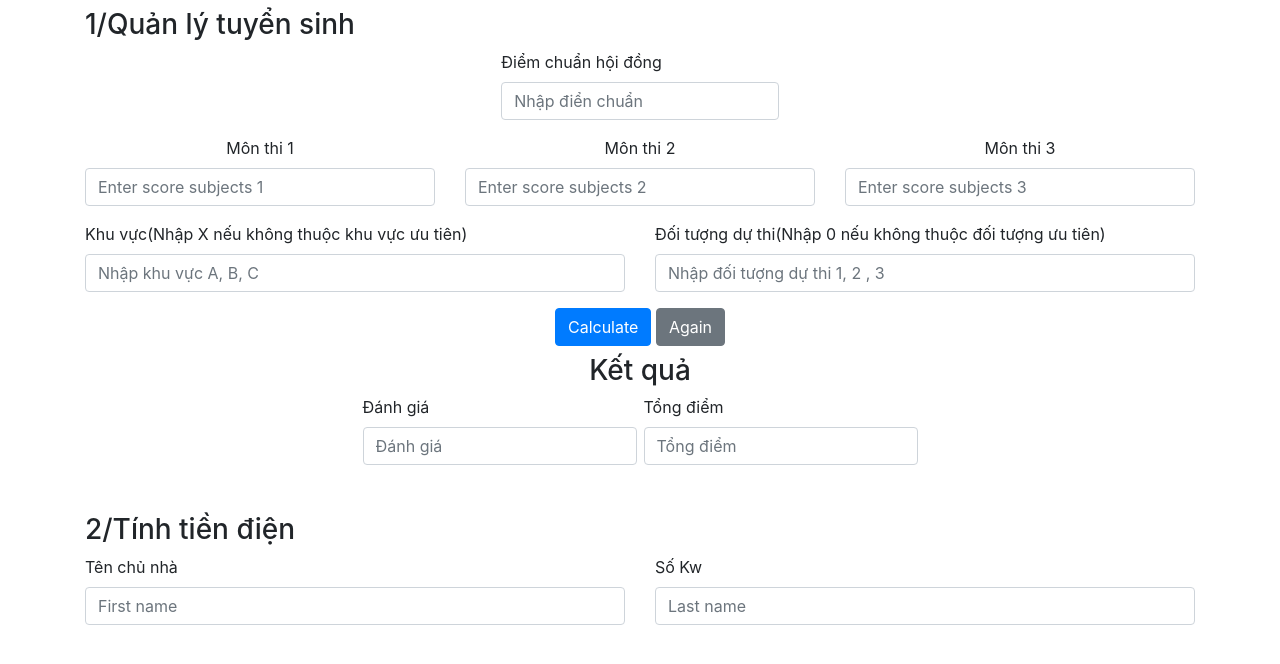
Repository: baobaodeveloper/bootcamp21__jsbasic4_HuynhAnhBao
Page: index.html
An editor plug-in stored every save of this project. The page is shown before and after the next save, followed by the edit.
The browser window is 1280 px wide. The pictures show the whole page.

Above is the page before, as saved 2022-03-13 19:16:50.

### index.html
<!DOCTYPE html>
<html lang="en">
  <head>
    <title>Exercise3</title>
    <!-- Required meta tags -->
    <meta charset="utf-8" />
    <meta
      name="viewport"
      content="width=device-width, initial-scale=1, shrink-to-fit=no"
    />

    <!-- Bootstrap CSS -->
    <link
      rel="stylesheet"
      href="https://stackpath.bootstrapcdn.com/bootstrap/4.3.1/css/bootstrap.min.css"
      integrity="sha384-ggOyR0iXCbMQv3Xipma34MD+dH/1fQ784/j6cY/iJTQUOhcWr7x9JvoRxT2MZw1T"
      crossorigin="anonymous"
    />
  </head>
  <body>
    <!-- 1/Quản lý tuyển sinh -->
    <div class="container mt-2">
      <h3>1/Quản lý tuyển sinh</h3>

      <div class="mb-3 w-25 m-auto">
        <label>Điểm chuẩn hội đồng</label>
        <input
          type="number"
          class="form-control"
          id="score"
          placeholder="Nhập điển chuẩn"
        />
      </div>

      <div class="row mt-3 text-center">
        <div class="col">
          <label>Môn thi 1</label>
          <input
            type="number"
            class="form-control"
            id="score1"
            placeholder="Enter score subjects 1"
          />
        </div>
        <div class="col">
          <label>Môn thi 2</label>
          <input
            type="number"
            class="form-control"
            id="score2"
            placeholder="Enter score subjects 2"
          />
        </div>
        <div class="col">
          <label>Môn thi 3</label>
          <input
            type="number"
            class="form-control"
            id="score3"
            placeholder="Enter score subjects 3"
          />
        </div>
      </div>

      <div class="row mt-3">
        <div class="col">
          <label>Khu vực(Nhập X nếu không thuộc khu vực ưu tiên)</label>
          <input
            type="text"
            class="form-control"
            placeholder="Nhập khu vực A, B, C"
            id="area"
          />
        </div>
        <div class="col">
          <label
            >Đối tượng dự thi(Nhập 0 nếu không thuộc đối tượng ưu tiên)</label
          >
          <input
            type="number"
            class="form-control"
            placeholder="Nhập đối tượng dự thi 1, 2 , 3"
            id="object"
          />
        </div>
      </div>

      <div class="text-center mt-3">
        <button type="button" class="btn btn-primary" id="scoreBtn">
          Calculate
        </button>
        <button type="button" class="btn btn-secondary" id="score-btn-again">
          Again
        </button>
      </div>

      <h3 class="text-center mt-2">Kết quả</h3>

      <div class="mb-3 w-50 d-flex m-auto justify-content-between">
        <div>
          <label>Đánh giá</label>
          <input
            type="email"
            class="form-control"
            placeholder="Đánh giá"
            id="evaluate"
          />
        </div>

        <div>
          <label>Tổng điểm</label>
          <input
            type="email"
            class="form-control"
            placeholder="Tổng điểm"
            id="total-score"
          />
        </div>
      </div>
    </div>

    <!-- 2/Tính tiền điện -->
    <div class="container mt-lg-5">
      <h3>2/Tính tiền điện</h3>
      <div class="row">
        <div class="col">
          <label class="form-label">Tên chủ nhà</label>
          <input type="text" class="form-control" placeholder="First name" />
        </div>
        <div class="col">
          <label class="form-label">Số Kw</label>
          <input type="text" class="form-control" placeholder="Last name" />
        </div>
      </div>
    </div>
    <!-- Optional JavaScript -->
    <!-- jQuery first, then Popper.js, then Bootstrap JS -->
    <script
      src="https://code.jquery.com/jquery-3.3.1.slim.min.js"
      integrity="sha384-q8i/X+965DzO0rT7abK41JStQIAqVgRVzpbzo5smXKp4YfRvH+8abtTE1Pi6jizo"
      crossorigin="anonymous"
    ></script>
    <script
      src="https://cdnjs.cloudflare.com/ajax/libs/popper.js/1.14.7/umd/popper.min.js"
      integrity="sha384-UO2eT0CpHqdSJQ6hJty5KVphtPhzWj9WO1clHTMGa3JDZwrnQq4sF86dIHNDz0W1"
      crossorigin="anonymous"
    ></script>
    <script
      src="https://stackpath.bootstrapcdn.com/bootstrap/4.3.1/js/bootstrap.min.js"
      integrity="sha384-JjSmVgyd0p3pXB1rRibZUAYoIIy6OrQ6VrjIEaFf/nJGzIxFDsf4x0xIM+B07jRM"
      crossorigin="anonymous"
    ></script>

    <script src="exercise1.js"></script>
  </body>
</html>

### exercise1.js
const score = document.getElementById("score");
const score1 = document.getElementById("score1");
const score2 = document.getElementById("score2");
const score3 = document.getElementById("score3");
const area = document.getElementById("area");
const objectStudent = document.getElementById("object");
const scoreBtn = document.getElementById("scoreBtn");
const scoreBtnAgain = document.getElementById("score-btn-again");
const evaluate = document.getElementById("evaluate");
const totalScore = document.getElementById("total-score");

scoreBtn.addEventListener("click", () => {
  if (!score.value || !score1.value || !score2.value || !score3.value) return;
  const scoreValue = +score.value;
  const score1Value = +score1.value;
  const score2Value = +score2.value;
  const score3Value = +score3.value;
  if (
    scoreValue <= 0 ||
    scoreValue > 30 ||
    score1Value < 0 ||
    score1Value > 10 ||
    score2Value < 0 ||
    score2Value > 10 ||
    score3Value < 0 ||
    score3Value > 10
  )
    return alert("Enter score invalid");
  if (score1Value === 0 || score2Value === 0 || score3Value === 0)
    return (evaluate.value = "Không Đạt");

  const scoreArea = areas();
  const scoreObjectStudent = objectStudents();

  const scoreTotalStudent =
    score1Value + score2Value + score3Value + scoreArea + scoreObjectStudent;

  if (scoreTotalStudent >= scoreValue) {
    evaluate.value = "Đạt";
  } else {
    evaluate.value = "Không Đạt";
  }
  totalScore.value = scoreTotalStudent;
});

const areas = () => {
  if (!area.value) return;
  const areaValue = area.value.toUpperCase();
  if (areaValue === "X") {
    return 0;
  } else if (areaValue === "A") {
    return 2;
  } else if (areaValue === "B") {
    return 1;
  } else if (areaValue === "C") {
    return 0.5;
  } else {
    return 0;
  }
};

const objectStudents = () => {
  if (!objectStudent) return;
  const objecStudenttValue = +object.value;

  if (objecStudenttValue === 0) {
    return 0;
  } else if (objecStudenttValue === 1) {
    return 2.5;
  } else if (objecStudenttValue === 2) {
    return 1.5;
  } else if (objecStudenttValue === 3) {
    return 1;
  } else {
    return 0;
  }
};

scoreBtnAgain.addEventListener("click", () => {
  score.value = "";
  score1.value = "";
  score2.value = "";
  score3.value = "";
  area.value = "";
  objectStudent.value = "";
  totalScore.value = "";
  evaluate.value = "";
});

After the next save:
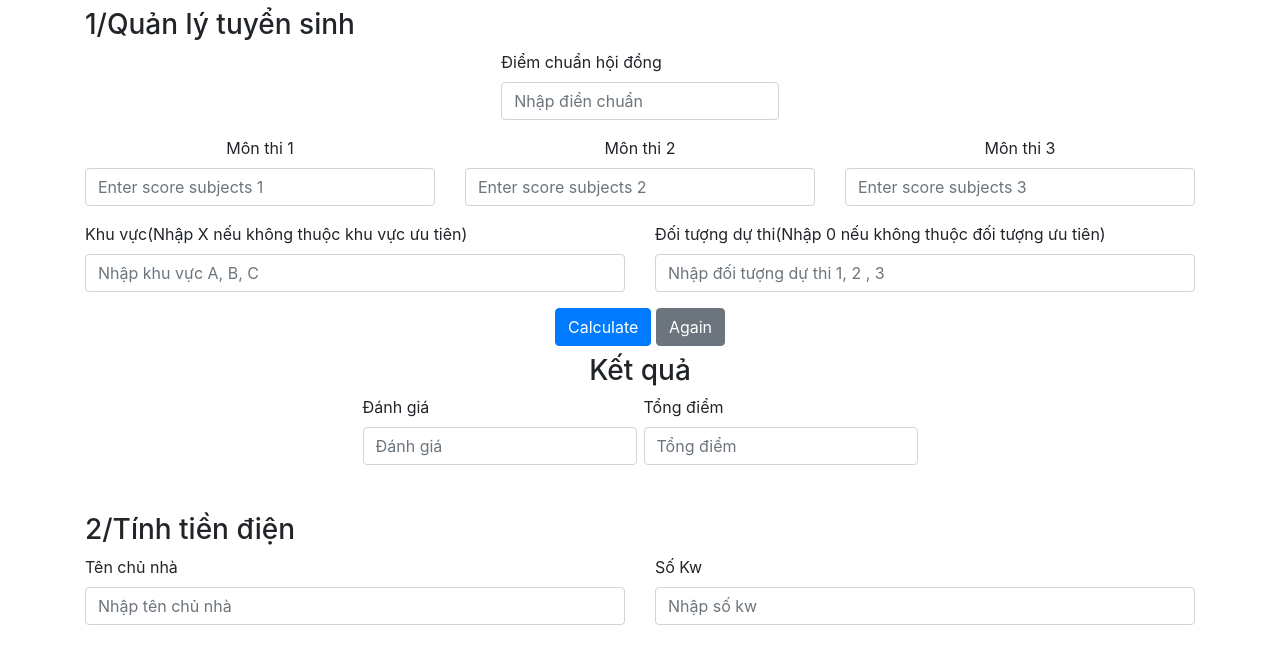
Saved 29 s later.
--- a/index.html
+++ b/index.html
@@ -125,11 +125,15 @@
       <div class="row">
         <div class="col">
           <label class="form-label">Tên chủ nhà</label>
-          <input type="text" class="form-control" placeholder="First name" />
+          <input
+            type="text"
+            class="form-control"
+            placeholder="Nhập tên chủ nhà"
+          />
         </div>
         <div class="col">
           <label class="form-label">Số Kw</label>
-          <input type="text" class="form-control" placeholder="Last name" />
+          <input type="number" class="form-control" placeholder="Nhập số kw" />
         </div>
       </div>
     </div>
